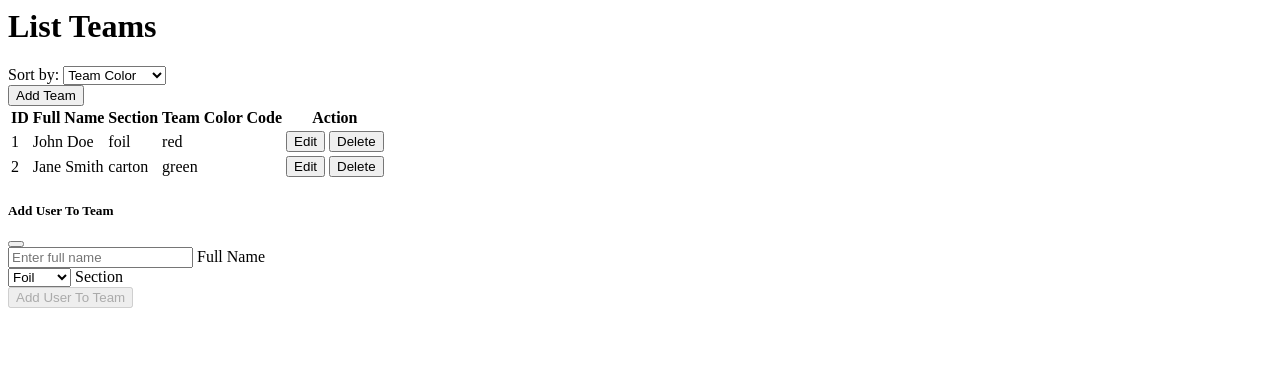
Repository: Daigtas/Shiftman
Page: partials/list-teams.html
These files come from the project's save history. The page is drawn as it stood at one moment and after the next save; the edit follows.
The browser window is 1280 px wide. The pictures show the whole page.

Above is the page before, as saved 2025-02-04 12:26:50.

After the next save:
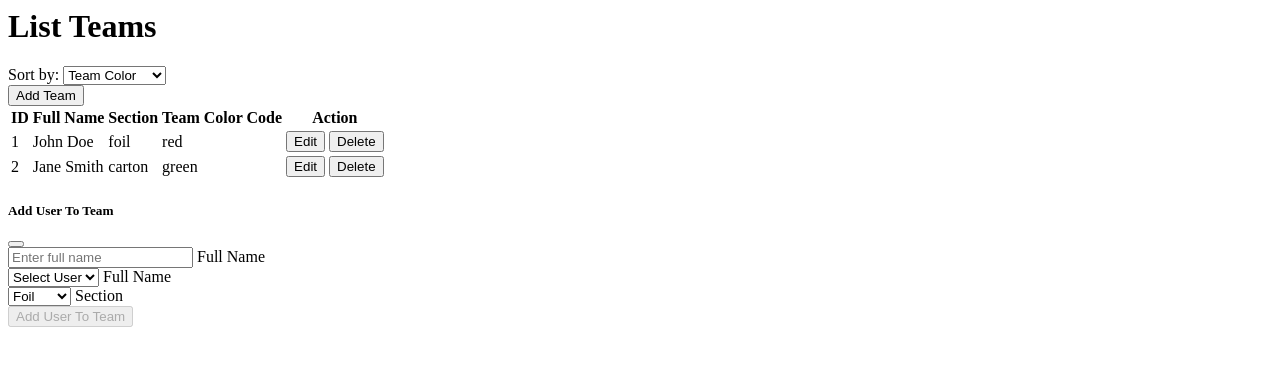
Saved 102 s later.
--- a/partials/list-teams.html
+++ b/partials/list-teams.html
@@ -65,6 +65,15 @@
                         <label for="fullName" data-translate-key="fullname">Full Name</label>
                     </div>
                     <div class="form-floating mb-3">
+                        <select class="form-select" id="userFullName" required>
+                            <option value="" disabled selected data-translate-key="selectuser">Select User</option>
+                            <option value="john_doe" data-translate-key="johndoe">John Doe</option>
+                            <option value="jane_smith" data-translate-key="janesmith">Jane Smith</option>
+                            <!-- Add more options as needed -->
+                        </select>
+                        <label for="userFullName" data-translate-key="fullname">Full Name</label>
+                    </div>
+                    <div class="form-floating mb-3">
                         <select class="form-select" id="section" required>
                             <option value="foil" data-translate-key="foil">Foil</option>
                             <option value="carton" data-translate-key="carton">Carton</option>
